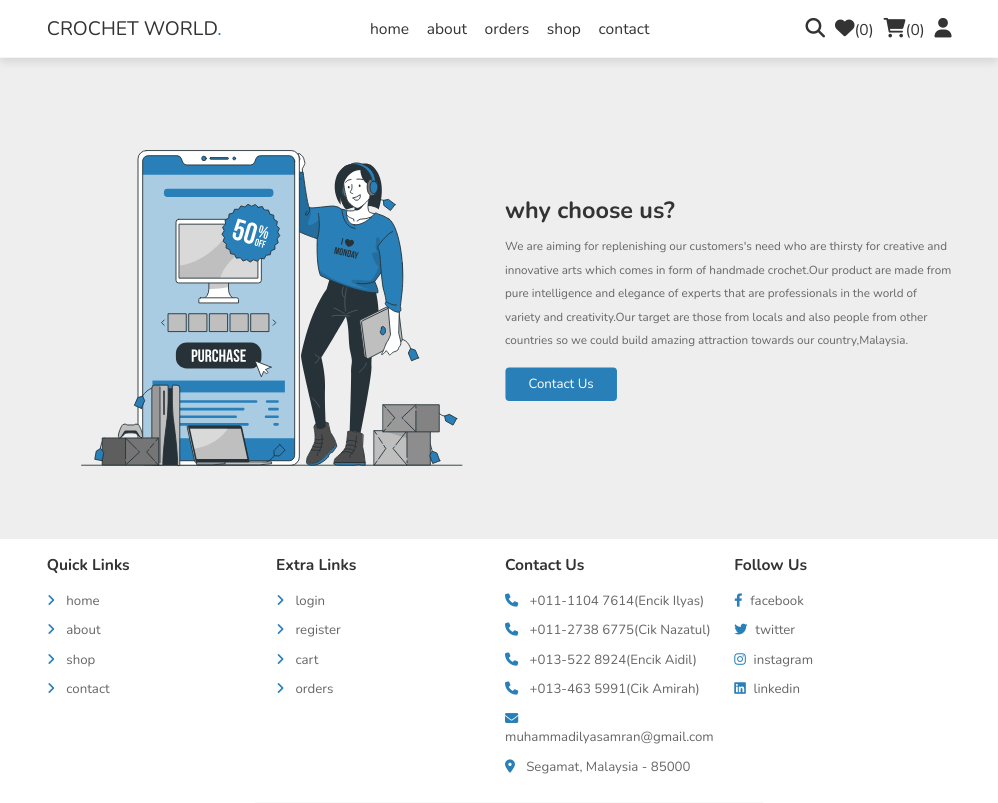
Repository: unatesta175/Crochet-Ecommerce-PHP
Page: http://localhost/about.php
An editor plug-in stored every save of this project. The page is shown before and after the next save, followed by the edit.
The browser window is 1280 px wide. The pictures show the whole page, at 78% of full size.
Some web libraries are served in a nearby version. The page is run by PHP 8.4 with error messages shown; the project is at /var/www/html/. Queries for data that is not in the repository find no rows.

Above is the page before, as saved 2025-11-24 13:21:36.

### about.php
<?php

include 'components/connect.php';

session_start();

if(isset($_SESSION['user_id'])){
   $user_id = $_SESSION['user_id'];
}else{
   $user_id = '';
};

?>

<!DOCTYPE html>
<html lang="en">
<head>
   <meta charset="UTF-8">
   <meta http-equiv="X-UA-Compatible" content="IE=edge">
   <meta name="viewport" content="width=device-width, initial-scale=1.0">
   <title>about</title>

   <link rel="stylesheet" href="https://unpkg.com/swiper@8/swiper-bundle.min.css" />

   <!-- font awesome cdn link  -->
   <link rel="stylesheet" href="https://cdnjs.cloudflare.com/ajax/libs/font-awesome/6.1.1/css/all.min.css">

   <!-- custom css file link  -->
   <link rel="stylesheet" href="css/style.css">

</head>
<body>

<?php include 'components/user_header.php'; ?>

<section class="about">

   <div class="row">

      <div class="image">
         <img src="images/about-img.svg" alt="">
      </div>

      <div class="content">
         <h3>why choose us?</h3>
         <p>We are aiming for replenishing our customers's need who are thirsty for creative and innovative arts which comes in form of handmade crochet.Our product are made from pure intelligence and elegance of experts that are professionals in the world of variety and creativity.Our target are those from locals and also people from other countries so we could build amazing attraction towards our country,Malaysia.</p>
         <a href="contact.php" class="btn">contact us</a>
      </div>

   </div>

</section>











<?php include 'components/footer.php'; ?>

<script src="https://unpkg.com/swiper@8/swiper-bundle.min.js"></script>

<script src="js/script.js"></script>

<script>

var swiper = new Swiper(".reviews-slider", {
   loop:true,
   spaceBetween: 20,
   pagination: {
      el: ".swiper-pagination",
      clickable:true,
   },
   breakpoints: {
      0: {
        slidesPerView:1,
      },
      768: {
        slidesPerView: 2,
      },
      991: {
        slidesPerView: 3,
      },
   },
});

</script>

</body>
</html>

### components/connect.php
<?php

$db_name = 'mysql:host=localhost;dbname=crochet_db';
$user_name = 'root';
$user_password = '';

$conn = new PDO($db_name, $user_name, $user_password);

?>

### components/user_header.php
<?php
   if(isset($message)){
      foreach($message as $message){
         echo '
         <div class="message">
            <span>'.$message.'</span>
            <i class="fas fa-times" onclick="this.parentElement.remove();"></i>
         </div>
         ';
      }
   }
?>

<header class="header">

   <section class="flex">

      <a href="home.php" class="logo">CROCHET WORLD<span>.</span></a>

      <nav class="navbar">
         <a href="home.php">home</a>
         <a href="about.php">about</a>
         <a href="orders.php">orders</a>
         <a href="shop.php">shop</a>
         <a href="contact.php">contact</a>
      </nav>

      <div class="icons">
         <?php
            $count_wishlist_items = $conn->prepare("SELECT * FROM `wishlist` WHERE user_id = ?");
            $count_wishlist_items->execute([$user_id]);
            $total_wishlist_counts = $count_wishlist_items->rowCount();

            $count_cart_items = $conn->prepare("SELECT * FROM `cart` WHERE user_id = ?");
            $count_cart_items->execute([$user_id]);
            $total_cart_counts = $count_cart_items->rowCount();
         ?>
         <div id="menu-btn" class="fas fa-bars"></div>
         <a href="search_page.php"><i class="fas fa-search"></i></a>
         <a href="wishlist.php"><i class="fas fa-heart"></i><span>(<?= $total_wishlist_counts; ?>)</span></a>
         <a href="cart.php"><i class="fas fa-shopping-cart"></i><span>(<?= $total_cart_counts; ?>)</span></a>
         <div id="user-btn" class="fas fa-user"></div>
      </div>

      <div class="profile">
         <?php
            $select_profile = $conn->prepare("SELECT * FROM `users` WHERE id = ?");
            $select_profile->execute([$user_id]);
            if($select_profile->rowCount() > 0){
            $fetch_profile = $select_profile->fetch(PDO::FETCH_ASSOC);
         ?>
         <p><?= $fetch_profile["name"]; ?></p>
         <a href="update_user.php" class="btn">update profile</a>
         <div class="flex-btn">
            <a href="user_register.php" class="option-btn">register</a>
            <a href="user_login.php" class="option-btn">login</a>
         </div>
         <a href="components/user_logout.php" class="delete-btn" onclick="return confirm('logout from the website?');">logout</a>
         <?php
            }else{
         ?>
         <p>please login or register first!</p>
         <div class="flex-btn">
            <a href="user_register.php" class="option-btn">register</a>
            <a href="user_login.php" class="option-btn">login</a>
         </div>
         <?php
            }
         ?>


      </div>

   </section>

</header>

### components/footer.php
<footer class="footer">

   <section class="grid">

      <div class="box">
         <h3>quick links</h3>
         <a href="home.php"> <i class="fas fa-angle-right"></i> home</a>
         <a href="about.php"> <i class="fas fa-angle-right"></i> about</a>
         <a href="shop.php"> <i class="fas fa-angle-right"></i> shop</a>
         <a href="contact.php"> <i class="fas fa-angle-right"></i> contact</a>
      </div>

      <div class="box">
         <h3>extra links</h3>
         <a href="user_login.php"> <i class="fas fa-angle-right"></i> login</a>
         <a href="user_register.php"> <i class="fas fa-angle-right"></i> register</a>
         <a href="cart.php"> <i class="fas fa-angle-right"></i> cart</a>
         <a href="orders.php"> <i class="fas fa-angle-right"></i> orders</a>
      </div>

      <div class="box">
         <h3>contact us</h3>
         <a href="tel:01111047614"><i class="fas fa-phone"></i> +011-1104 7614(Encik Ilyas)</a>
         <a href="tel:01127386775"><i class="fas fa-phone"></i> +011-2738 6775(Cik Nazatul)</a>
         <a href="tel:013-522 8924"><i class="fas fa-phone"></i> +013-522 8924(Encik Aidil)</a>
         <a href="tel:0134635991"><i class="fas fa-phone"></i> +013-463 5991(Cik Amirah)</a>

         <a href="mailto:muhammadilyasamran@gmail.com"><i class="fas fa-envelope"></i> muhammadilyasamran@gmail.com</a>
         <a href="https://www.google.com/myplace"><i class="fas fa-map-marker-alt"></i> Segamat, Malaysia - 85000 </a>
      </div>

      <div class="box">
         <h3>follow us</h3>
         <a href="#"><i class="fab fa-facebook-f"></i>facebook</a>
         <a href="#"><i class="fab fa-twitter"></i>twitter</a>
         <a href="#"><i class="fab fa-instagram"></i>instagram</a>
         <a href="#"><i class="fab fa-linkedin"></i>linkedin</a>
      </div>

   </section>



</footer>

Loaded but not shown: images/about-img.svg (1 lines, source omitted); js/script.js (27 lines, source omitted); css/style.css (1061 lines, source omitted)

After the next save:
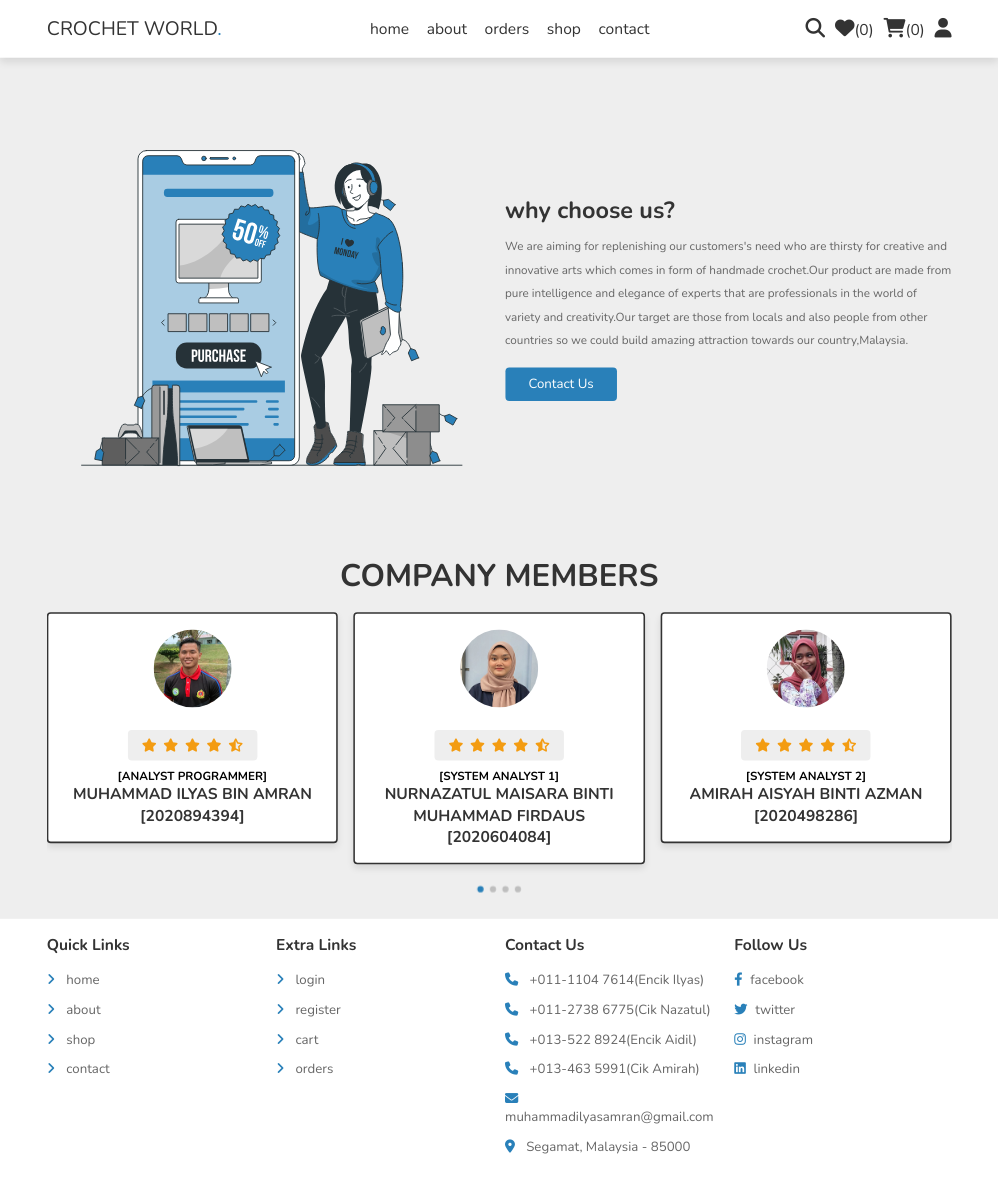
Saved 7 min 54 s later.
--- a/about.php
+++ b/about.php
@@ -51,7 +51,82 @@ if(isset($_SESSION['user_id'])){
 
 </section>
 
+<section class="reviews">
 
+   <h1 class="heading">COMPANY MEMBERS </h1>
+
+   <div class="swiper reviews-slider">
+
+   <div class="swiper-wrapper">
+
+      <div class="swiper-slide slide">
+         <img src="images/g4.png" alt="">
+         <p></p>
+         <div class="stars">
+            <i class="fas fa-star"></i>
+            <i class="fas fa-star"></i>
+            <i class="fas fa-star"></i>
+            <i class="fas fa-star"></i>
+            <i class="fas fa-star-half-alt"></i>
+         </div>
+         <h2>[ANALYST PROGRAMMER]</h2>
+          <h3>MUHAMMAD ILYAS BIN AMRAN</h3>
+           <h3>[2020894394]</h3>
+
+      </div>
+
+      <div class="swiper-slide slide">
+         <img src="images/g2.png" alt="">
+         <p></p>
+         <div class="stars">
+            <i class="fas fa-star"></i>
+            <i class="fas fa-star"></i>
+            <i class="fas fa-star"></i>
+            <i class="fas fa-star"></i>
+            <i class="fas fa-star-half-alt"></i>
+         </div>
+          <h2>[SYSTEM ANALYST 1]</h2>
+         <h3>NURNAZATUL MAISARA BINTI MUHAMMAD FIRDAUS</h3>
+          <h3>[2020604084]</h3>
+      </div>
+
+      <div class="swiper-slide slide">
+         <img src="images/g3.png" alt="">
+         <p></p>
+         <div class="stars">
+            <i class="fas fa-star"></i>
+            <i class="fas fa-star"></i>
+            <i class="fas fa-star"></i>
+            <i class="fas fa-star"></i>
+            <i class="fas fa-star-half-alt"></i>
+         </div>
+          <h2>[SYSTEM ANALYST 2]</h2>
+         <h3>AMIRAH AISYAH BINTI AZMAN </h3>
+          <h3>[2020498286]</h3>
+      </div>
+
+      <div class="swiper-slide slide">
+         <img src="images/g1.png" alt="">
+         <p></p>
+         <div class="stars">
+            <i class="fas fa-star"></i>
+            <i class="fas fa-star"></i>
+            <i class="fas fa-star"></i>
+            <i class="fas fa-star"></i>
+            <i class="fas fa-star-half-alt"></i>
+         </div>
+          <h2>[DOCUMENTER]</h2>
+         <h3>MUHAMAD AIDIL BIN MOHD SUKOR </h3>
+          <h3>[2020869062]</h3>
+      </div>
+
+   </div>
+
+   <div class="swiper-pagination"></div>
+
+   </div>
+
+</section>
 
 
 
